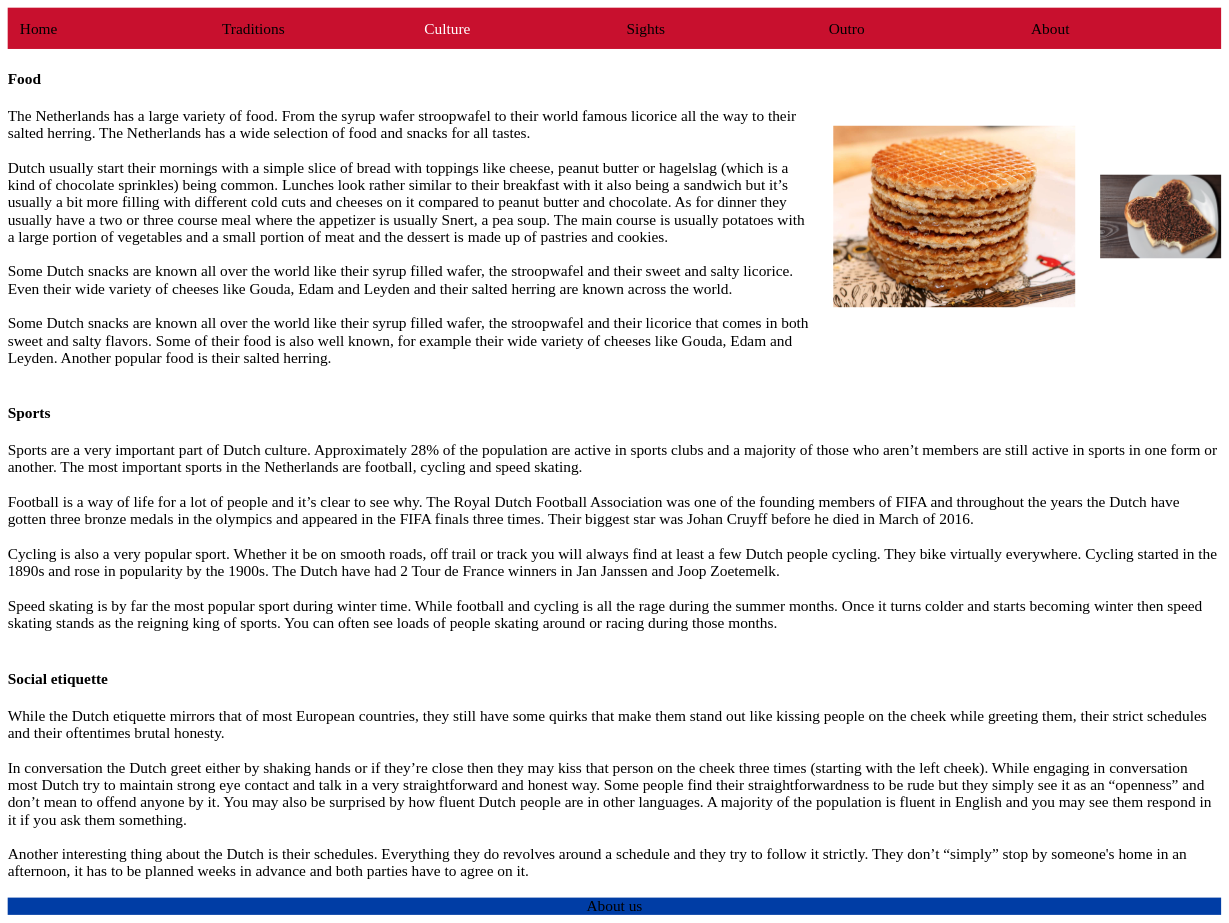
Repository: Cornman63/The-netherlands
Page: culture.html
These files come from the project's save history. The page is drawn as it stood at one moment and after the next save; the edit follows.
The browser window is 1280 px wide. The pictures show the whole page, at 96% of full size.

Above is the page before, as saved 2023-05-23 10:13:05.

### culture.html
<!DOCTYPE html>
<html lang="en">
<head>
    <meta charset="UTF-8">
    <meta http-equiv="X-UA-Compatible" content="IE=edge">
    <meta name="viewport" content="width=device-width, initial-scale=1.0">
    <link rel="stylesheet" href="style.css">
    <title>Visit the Netherlands</title>

</head>
<body>
    <div class="top">
        <div class="site"><a href="index.html" style="color: black" class="link">Home</a></div>
        <div class="site"><a href="traditions.html" style="color:black" class="link">Traditions</a></div>
        <div class="site"><a href="culture.html" style="color: white" class="link">Culture</a></div>
        <div class="site"><a href="sights.html" style="color:black" class="link">Sights</a></div>
        <div class="site"><a href="outro.html" style="color:black" class="link">Outro</a></div>
        <div class="site"><a href="about.html" style="color:black" class="link">About</a></div>
    </div>
    <div class="text">
        <div class="food1">
        <div class="food">
            <h4>Food</h4>

            The Netherlands has a large variety of food. From the syrup wafer stroopwafel to their world famous licorice all the way to their salted herring. The Netherlands has a wide selection of food and snacks for all tastes.
            <br><br>
            Dutch usually start their mornings with a simple slice of bread with toppings like cheese, peanut butter or hagelslag (which is a kind of chocolate sprinkles) being common. Lunches look rather similar to their breakfast with it also being a sandwich but it’s usually a bit more filling with different cold cuts and cheeses on it compared to peanut butter and chocolate. As for dinner they usually have a two or three course meal where the appetizer is usually Snert, a pea soup. The main course is usually potatoes with a large portion of vegetables and a small portion of meat and the dessert is made up of pastries and cookies.
            <br><br>
            Some Dutch snacks are known all over the world like their syrup filled wafer, the stroopwafel and their sweet and salty licorice. Even their wide variety of cheeses like Gouda, Edam and Leyden and their salted herring are known across the world.
            <br><br>
            Some Dutch snacks are known all over the world like their syrup filled wafer, the stroopwafel and their licorice that comes in both sweet and salty flavors. Some of their food is also well known, for example their wide variety of cheeses like Gouda, Edam and Leyden. Another popular food is their salted herring.
            <br><br>
        </div>
        <img src="images\stroopwafel.jpg" alt="stroopwafel" id="wafel">
        <img src="images\hagelslag.jpg" alt="hagelslag" id="hagel">
        </div>

        <div class="sports">
            <h4>Sports</h4>

            Sports are a very important part of Dutch culture. Approximately 28% of the population are active in sports clubs and a majority of those who aren’t members are still active in sports in one form or another. The most important sports in the Netherlands are football, cycling and speed skating.
            <br><br>
            Football is a way of life for a lot of people and it’s clear to see why. The Royal Dutch Football Association was one of the founding members of FIFA and throughout the years the Dutch have gotten three bronze medals in the olympics and appeared in the FIFA finals three times. Their biggest star was Johan Cruyff before he died in March of 2016.
            <br><br>
            Cycling is also a very popular sport. Whether it be on smooth roads, off trail or track you will always find at least a few Dutch people cycling. They bike virtually everywhere. Cycling started in the 1890s and rose in popularity by the 1900s. The Dutch have had 2 Tour de France winners in Jan Janssen and Joop Zoetemelk.
            <br><br>
            Speed skating is by far the most popular sport during winter time. While football and cycling is all the rage during the summer months. Once it turns colder and starts becoming winter then speed skating stands as the reigning king of sports. You can often see loads of people skating around or racing during those months.
            <br><br>
        </div>
        <div class="socialeq">
            <h4>Social etiquette</h4>

            While the Dutch etiquette mirrors that of most European countries, they still have some quirks that make them stand out like kissing people on the cheek while greeting them, their strict schedules and their oftentimes brutal honesty.
            <br><br>
            In conversation the Dutch greet either by shaking hands or if they’re close then they may kiss that person on the cheek three times (starting with the left cheek). While engaging in conversation most Dutch try to maintain strong eye contact and talk in a very straightforward and honest way. Some people find their straightforwardness to be rude but they simply see it as an “openness” and don’t mean to offend anyone by it. You may also be surprised by how fluent Dutch people are in other languages. A majority of the population is fluent in English and you may see them respond in it if you ask them something.
            <br><br>
            Another interesting thing about the Dutch is their schedules. Everything they do revolves around a schedule and they try to follow it strictly. They don’t “simply” stop by someone's home in an afternoon, it has to be planned weeks in advance and both parties have to agree on it.
            <br><br>
        </div>
    </div>
    <div class="bottom">
        About us
    </div>
</body>
</html>

### style.css
.top, .bottom {
    display: flex;
    flex-direction: row;
    justify-content: center;
    align-content:center;
    background-color:#C8102E;
}
.bottom{
    background-color: #003DA5;
    height: 520%;
}

.site {
    display: flex;
    border: 1%;
    margin: 1%;
    margin-right: 10%;
    align-content: center;
    width: 90%;
}
.link {
    text-decoration: none;
}
#wafel {
    width: 20%;
    height: 20%;
    padding:2%;
}
#hagel {
    width: 10%;
    height: 10%;
}
.food1 {
    display: flex;
    flex-direction: row;
    align-items: center;
}

After the next save:
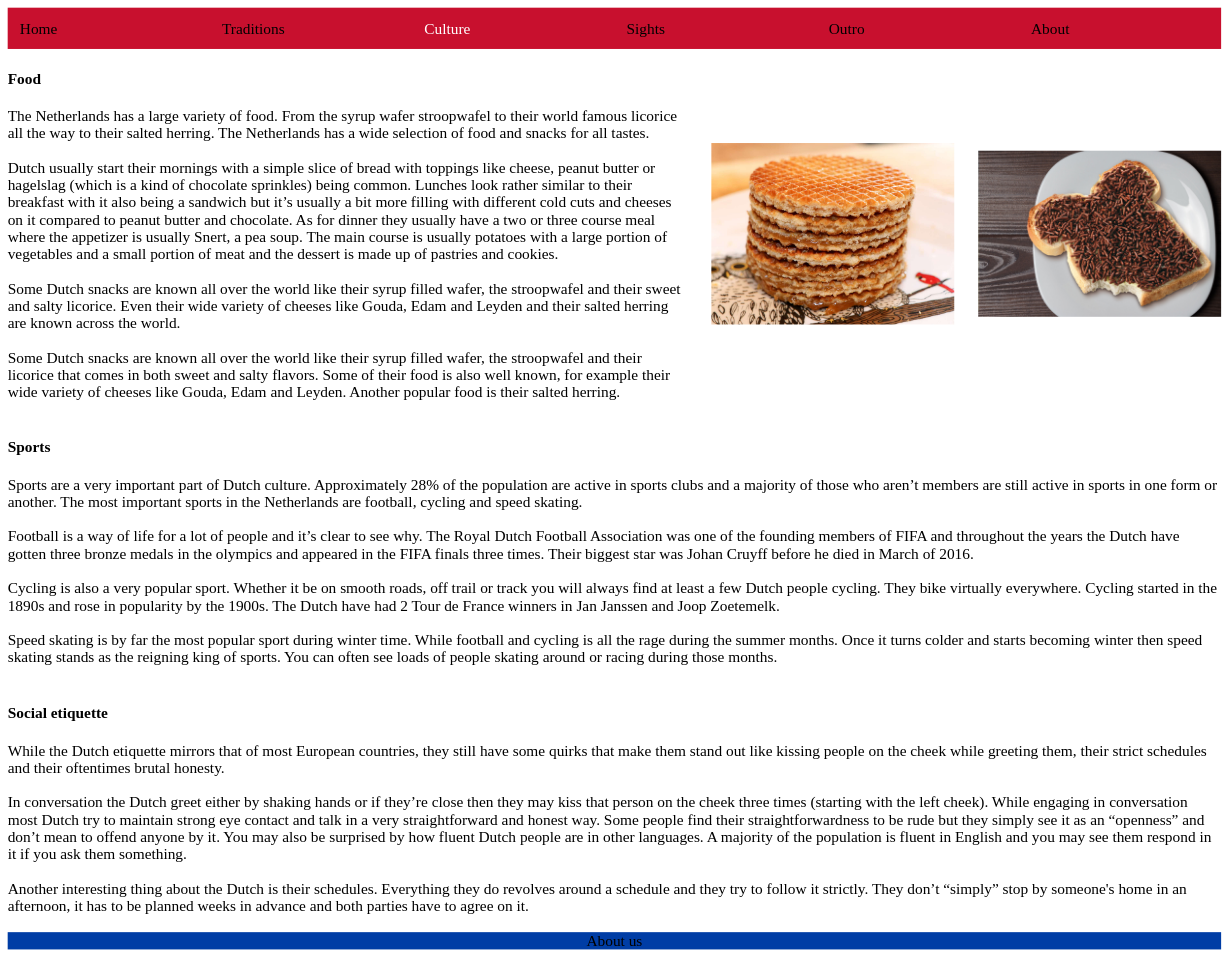
Saved 7 s later.
--- a/style.css
+++ b/style.css
@@ -27,8 +27,8 @@
     padding:2%;
 }
 #hagel {
-    width: 10%;
-    height: 10%;
+    width: 20%;
+    height: 20%;
 }
 .food1 {
     display: flex;
